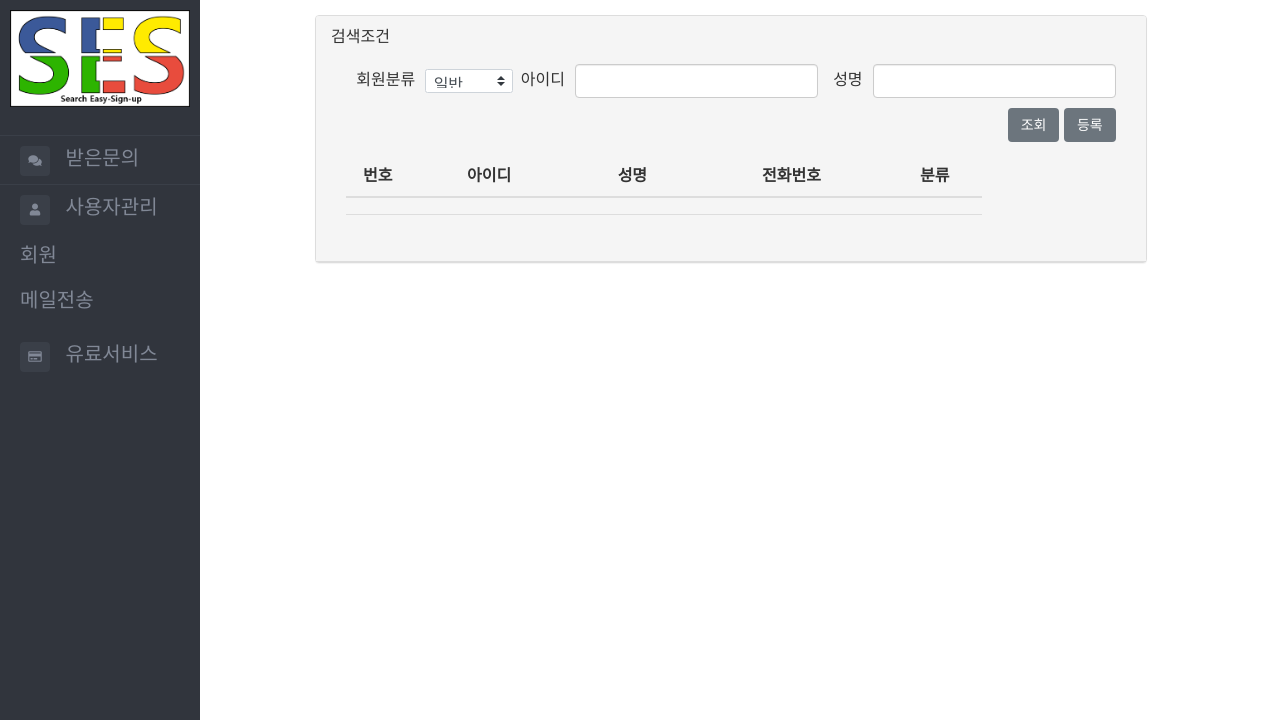
Repository: hyun5292/school
Page: http://localhost/adminSES/WEB-INF/views/member/m_search.jsp
The author's editor kept a copy of each file at every save. The page is drawn from the files as they stood at one save, then again after the next save.
The browser window is 1280 px wide. The pictures show the whole page.
Some web libraries are served in a nearby version. The page is served by Tomcat 9. Nobody is signed in. Other server files are loaded and not shown. The template is opened directly, without the code that normally fills it, so the values that code supplies are empty.

Above is the page before, as saved 2020-11-09 15:25:07.

### sesAdmin/adminSES/src/main/webapp/WEB-INF/views/member/m_search.jsp
<%@ page language="java" contentType="text/html; charset=UTF-8"
	pageEncoding="UTF-8"%>
<%@ taglib prefix="fmt" uri="http://java.sun.com/jsp/jstl/fmt"%>
<%@ taglib prefix="c" uri="http://java.sun.com/jsp/jstl/core"%>
<%@ taglib prefix="form" uri="http://www.springframework.org/tags/form"%>
<%@ taglib uri="http://java.sun.com/jsp/jstl/functions" prefix="fn"%>
<%@ taglib prefix="spring" uri="http://www.springframework.org/tags"%>
<!DOCTYPE html>
<html>
<head>
<meta charset="utf-8">
<meta http-equiv="X-UA-Compatible" content="IE=edge">
<meta name="viewport" content="width=device-width, initial-scale=1">
<meta name="description"
	content="Responsive sidebar template with sliding effect and dropdown menu based on bootstrap 3">
<title>SES 관리자모드</title>
<link rel="stylesheet"
	href="https://maxcdn.bootstrapcdn.com/bootstrap/4.0.0/css/bootstrap.min.css"
	integrity="sha384-Gn5384xqQ1aoWXA+058RXPxPg6fy4IWvTNh0E263XmFcJlSAwiGgFAW/dAiS6JXm"
	crossorigin="anonymous">
<link href="https://use.fontawesome.com/releases/v5.0.6/css/all.css"
	rel="stylesheet">
<link rel="stylesheet"
	href="https://maxcdn.bootstrapcdn.com/bootstrap/3.3.7/css/bootstrap.min.css">
<script
	src="https://ajax.googleapis.com/ajax/libs/jquery/1.12.4/jquery.min.js"></script>
<script
	src="https://maxcdn.bootstrapcdn.com/bootstrap/3.3.7/js/bootstrap.min.js"></script>
<link href="${pageContext.request.contextPath}/resources/css/main.css"
	rel="stylesheet">
<style>
.log-div {
	height: 100%;
}

.short-div {
	height: 50%;
}

.imgchart {
	height: 30%;
}

table {
	font-size: 1.6rem;
}
</style>
<script src="${pageContext.request.contextPath}/resources/js/main.js"></script>
<script>
	function SearchMember() {
		var mKind = $('#mKind').val();
		var mId = $('#mId').val();
		var mName = $('#mName').val();

		location.href = "search_m?mKind=" + mKind + "&mId=" + mId + "&mName="
				+ mName;
	}

	//url 에서 parameter 추출
	function getParam(sname) {
		var params = location.search.substr(location.search.indexOf("?") + 1);
		var sval = "";
		params = params.split("&");
		for (var i = 0; i < params.length; i++) {
			temp = params[i].split("=");
			if ([ temp[0] ] == sname) {
				sval = temp[1];
			}
		}

		return sval;
	}

	function YesOrNo() {
		var mKind = getParam("mKind");
		var mId = getParam("mId");
		var mName = getParam("mName");
		var chk = true;

		if ((mKind == null) || (mKind == "")) {
			if ((mId == null) || (mId == "")) {
				if ((mName == null) || (mName == "")) {
					chk = false;
				} else {
					chk = true;
				}
			} else {
				chk = true;
			}
		} else {
			chk = true;
		}

		if (chk) {
			$("#schm").show();
			$("#msch").hide();
		} else {
			$("#schm").hide();
			$("#msch").show();
		}
	}
	window.onload = YesOrNo;
</script>
</head>
<body>
	<div class="page-wrapper chiller-theme toggled">
		<!-- navigation -->
		<nav id="sidebar" class="sidebar-wrapper">
			<div class="sidebar-content">
				<div class="logo-wrapper waves-light" align="center"
					style="padding: 10px 0px 0px 0px">
					<a href="main"> <img width="90%"
						src="${pageContext.request.contextPath}/resources/images/mainmark.png"
						class="img-fluid flex-center"></a>
				</div>
				&nbsp;
				<!-- sidebar-header  -->
				<div class="sidebar-menu">
					<ul>
						<li class="sidebar"><a href="qna"> <i
								class="fas fa-comments"></i> <span>받은문의</span>
						</a></li>
						<li class="sidebar-menu"><a> <i class="fa fa-user"></i> <span>사용자관리</span>
						</a>
							<ul>
								<li><a href="m_search">회원</a></li>
								<li><a href="m_mail">메일전송</a></li>
							</ul></li>
						<li class="sidebar"><a href="pay_service"> <i
								class="far fa-credit-card"></i> <span>유료서비스</span>
						</a></li>
					</ul>
				</div>
			</div>
		</nav>
		<!-- navigation -->

		<!-- contents -->
		<main class="page-content">
		<div class="container-fluid">
			<div class="row-fluid" style="width: 110%">
				<div class="col-md-10">
					<div class="panel panel-default">
						<div class="panel-heading">
							<table width="100%">
								<tr>
									<td>검색조건
						</div>
						<div class="panel-body">
							<table width="100%">
								<tbody>
									<tr>
										<td align="right">회원분류</td>
										<td width="10px"></td>
										<td><select class="custom-select" id="mKind" name="mKind"
											value="${mKind}">
												<option value="일반">일반</option>
												<option value="직원">직원</option>
												<option value="SNS사">SNS사</option>
										</select></td>
										<td align="right">아이디</td>
										<td width="10px"></td>
										<td><input type="text" class="form-control" id="mId"
											name="mId" placeholder="${mId}" width="80%"></td>
										<td width="10px"></td>
										<td align="right">성명</td>
										<td width="10px"></td>
										<td><input type="text" class="form-control" name="mName"
											id="mName" placeholder="${mName}" width="80%"></td>
									</tr>
									<tr>
										<td colspan="11" height="10px"></td>
									</tr>
									<tr>
										<td colspan="11" align="right"><input type="button"
											onclick="SearchMember()" class="btn btn-secondary" value="조회">
											<input type="button" onclick="NewMember()"
											class="btn btn-secondary" value="등록"></td>
									</tr>
								</tbody>
							</table>
						</div>
					</div>
				</div>
				<div class="col-md-10">
					<table class="table table-list-search" style="text-align: center;">
						<thead style="text-align: center;">
							<tr>
								<th width="10%"><center>번호</center></th>
								<th width="25%"><center>아이디</center></th>
								<th width="20%"><center>성명</center></th>
								<th width="30%"><center>전화번호</center></th>
								<th width="15%"><center>분류</center></th>
							</tr>
						</thead>
						<tbody>
							<c:forEach items="${dtos}" var="dto">
								<tr>
									<td>${dto.getNUM()}</td>
									<td><a href="#">${dto.getM_ID()}</a></td>
									<td>${dto.getM_NAME()}</td>
									<td>0${dto.getM_TEL1()}-${dto.getM_TEL2()}-${dto.getM_TEL3()}</td>
									<td>${dto.getM_KIND()}</td>
								</tr>
							</c:forEach>
						</tbody>
						<tfoot>
							<tr>
								<td colspan="5"></td>
							</tr>
							<tr align="center">
								<td colspan="5" id="schm" name="schm"><a
									href="search_m?pgnum=1&mKind=${mKind}&mId=${mId}&mName=${mName}"
									style="text-decoration: none">${prev}${prev}</a> <a
									href="search_m?pgnum=${before}&mKind=${mKind}&mId=${mId}&mName=${mName}"
									style="text-decoration: none">${prev}</a> <c:forEach
										items="${pg}" var="p">
										<a
											href="search_m?pgnum=${p}&mKind=${mKind}&mId=${mId}&mName=${mName}"
											style="text-decoration: none">${p}</a>
									</c:forEach> <a
									href="search_m?pgnum=${after}&mKind=${mKind}&mId=${mId}&mName=${mName}"
									style="text-decoration: none">${next}</a> <a
									href="search_m?pgnum=${last}&mKind=${mKind}&mId=${mId}&mName=${mName}"
									style="text-decoration: none">${next}${next}</a></td>
								<td colspan="5" id="msch" name="msch"><a
									href="m_search?pgnum=1" style="text-decoration: none">${prev}${prev}</a>
									<a href="m_search?pgnum=${before}"
									style="text-decoration: none">${prev}</a> <c:forEach
										items="${pg}" var="p">
										<a href="m_search?pgnum=${p}" style="text-decoration: none">${p}</a>
									</c:forEach> <a href="qna?pgnum=${after}" style="text-decoration: none">${next}</a>
									<a href="m_search?pgnum=${last}" style="text-decoration: none">${next}${next}</a></td>
							</tr>
						</tfoot>
					</table>
				</div>
			</div>
		</div>
		</main>
		<!-- contents -->
	</div>
</body>
</html>

### sesAdmin/adminSES/src/main/webapp/resources/css/main.css
@charset "EUC-KR";

@keyframes swing {
  0% {
    transform: rotate(0deg);
  }
  10% {
    transform: rotate(10deg);
  }
  30% {
    transform: rotate(0deg);
  }
  40% {
    transform: rotate(-10deg);
  }
  50% {
    transform: rotate(0deg);
  }
  60% {
    transform: rotate(5deg);
  }
  70% {
    transform: rotate(0deg);
  }
  80% {
    transform: rotate(-5deg);
  }
  100% {
    transform: rotate(0deg);
  }
}

@keyframes sonar {
  0% {
    transform: scale(0.9);
    opacity: 1;
  }
  100% {
    transform: scale(2);
    opacity: 0;
  }
}
body {
  font-size: 2.0rem;
}
.page-wrapper .sidebar-wrapper,
.sidebar-wrapper .sidebar-brand > a,
.sidebar-wrapper .sidebar-dropdown > a:after,
.sidebar-wrapper .sidebar-menu .sidebar-dropdown .sidebar-submenu li a:before,
.sidebar-wrapper ul li a i,
.page-wrapper .page-content,
.sidebar-wrapper .sidebar-search input.search-menu,
.sidebar-wrapper .sidebar-search .input-group-text,
.sidebar-wrapper .sidebar-menu ul li a,
#show-sidebar,
#close-sidebar {
  -webkit-transition: all 0.3s ease;
  -moz-transition: all 0.3s ease;
  -ms-transition: all 0.3s ease;
  -o-transition: all 0.3s ease;
  transition: all 0.3s ease;
}

/*----------------page-wrapper----------------*/

.page-wrapper {
  height: 100vh;
}

.page-wrapper .theme {
  width: 40px;
  height: 40px;
  display: inline-block;
  border-radius: 4px;
  margin: 2px;
}

.page-wrapper .theme.chiller-theme {
  background: #1e2229;
}

/*----------------toggeled sidebar----------------*/

.page-wrapper.toggled .sidebar-wrapper {
  left: 0px;
}

@media screen and (min-width: 768px) {
  .page-wrapper.toggled .page-content {
    padding-left: 300px;
  }
}
/*----------------show sidebar button----------------*/
#show-sidebar {
  position: fixed;
  left: 0;
  top: 10px;
  border-radius: 0 4px 4px 0px;
  width: 30px;
  transition-delay: 0.3s;
}
.page-wrapper.toggled #show-sidebar {
  left: -40px;
}
/*----------------sidebar-wrapper----------------*/

.sidebar-wrapper {
  width: 200px;
  height: 100%;
  max-height: 100%;
  position: fixed;
  top: 0;
  left: -300px;
  z-index: 999;
}

.sidebar-wrapper ul {
  list-style-type: none;
  padding: 0;
  margin: 0;
}

.sidebar-wrapper a {
  text-decoration: none;
}

/*----------------sidebar-content----------------*/

.sidebar-content {
  max-height: calc(100% - 30px);
  height: calc(100% - 30px);
  overflow-y: auto;
  position: relative;
}

.sidebar-content.desktop {
  overflow-y: hidden;
}

/*--------------------sidebar-brand----------------------*/

.sidebar-wrapper .sidebar-brand {
  padding: 10px 20px;
  display: flex;
  align-items: center;
}

.sidebar-wrapper .sidebar-brand > a {
  text-transform: uppercase;
  font-weight: bold;
  flex-grow: 1;
}

.sidebar-wrapper .sidebar-brand #close-sidebar {
  cursor: pointer;
  font-size: 20px;
}
/*--------------------sidebar-header----------------------*/

.sidebar-wrapper .sidebar-header {
  padding: 20px;
  overflow: hidden;
}

.sidebar-wrapper .sidebar-header .user-pic {
  float: left;
  width: 60px;
  padding: 2px;
  border-radius: 12px;
  margin-right: 15px;
  overflow: hidden;
}

.sidebar-wrapper .sidebar-header .user-pic img {
  object-fit: cover;
  height: 100%;
  width: 100%;
}

.sidebar-wrapper .sidebar-header .user-info {
  float: left;
}

.sidebar-wrapper .sidebar-header .user-info > span {
  display: block;
}

.sidebar-wrapper .sidebar-header .user-info .user-role {
  font-size: 12px;
}

.sidebar-wrapper .sidebar-header .user-info .user-status {
  font-size: 11px;
  margin-top: 4px;
}

.sidebar-wrapper .sidebar-header .user-info .user-status i {
  font-size: 8px;
  margin-right: 4px;
  color: #5cb85c;
}

/*----------------------sidebar-menu-------------------------*/

.sidebar-wrapper .sidebar-menu {
  padding-bottom: 10px;
}

.sidebar-wrapper .sidebar-menu .header-menu span {
  font-weight: bold;
  font-size: 14px;
  padding: 15px 20px 5px 20px;
  display: inline-block;
}

.sidebar-wrapper .sidebar-menu ul li a {
  display: inline-block;
  width: 100%;
  text-decoration: none;
  position: relative;
  padding: 8px 30px 8px 20px;
}

.sidebar-wrapper .sidebar-menu ul li a i {
  margin-right: 10px;
  font-size: 12px;
  width: 30px;
  height: 30px;
  line-height: 30px;
  text-align: center;
  border-radius: 4px;
}

.sidebar-wrapper .sidebar-menu ul li a:hover > i::before {
  display: inline-block;
  animation: swing ease-in-out 0.5s 1 alternate;
}

.sidebar-wrapper .sidebar-menu .sidebar-dropdown > a:after {
  font-family: "Font Awesome 5 Free";
  font-weight: 900;
  content: "\f105";
  font-style: normal;
  display: inline-block;
  font-style: normal;
  font-variant: normal;
  text-rendering: auto;
  -webkit-font-smoothing: antialiased;
  -moz-osx-font-smoothing: grayscale;
  text-align: center;
  background: 0 0;
  position: absolute;
  right: 15px;
  top: 14px;
}

.sidebar-wrapper .sidebar-menu .sidebar-dropdown .sidebar-submenu ul {
  padding: 5px 0;
}

.sidebar-wrapper .sidebar-menu .sidebar-dropdown .sidebar-submenu li {
  padding-left: 25px;
  font-size: 13px;
}

.sidebar-wrapper .sidebar-menu .sidebar-dropdown .sidebar-submenu li a:before {
  content: "\f111";
  font-family: "Font Awesome 5 Free";
  font-weight: 400;
  font-style: normal;
  display: inline-block;
  text-align: center;
  text-decoration: none;
  -webkit-font-smoothing: antialiased;
  -moz-osx-font-smoothing: grayscale;
  margin-right: 10px;
  font-size: 8px;
}

.sidebar-wrapper .sidebar-menu ul li a span.label,
.sidebar-wrapper .sidebar-menu ul li a span.badge {
  float: right;
  margin-top: 8px;
  margin-left: 5px;
}

.sidebar-wrapper .sidebar-menu .sidebar-dropdown .sidebar-submenu li a .badge,
.sidebar-wrapper .sidebar-menu .sidebar-dropdown .sidebar-submenu li a .label {
  float: right;
  margin-top: 0px;
}

.sidebar-wrapper .sidebar-menu .sidebar-submenu {
  display: none;
}

.sidebar-wrapper .sidebar-menu .sidebar-dropdown.active > a:after {
  transform: rotate(90deg);
  right: 17px;
}

/*--------------------------side-footer------------------------------*/

.sidebar-footer {
  position: absolute;
  width: 100%;
  bottom: 0;
  display: flex;
}

.sidebar-footer > a {
  flex-grow: 1;
  text-align: center;
  height: 30px;
  line-height: 30px;
  position: relative;
}

.sidebar-footer > a .notification {
  position: absolute;
  top: 0;
}

.badge-sonar {
  display: inline-block;
  background: #980303;
  border-radius: 50%;
  height: 8px;
  width: 8px;
  position: absolute;
  top: 0;
}

.badge-sonar:after {
  content: "";
  position: absolute;
  top: 0;
  left: 0;
  border: 2px solid #980303;
  opacity: 0;
  border-radius: 50%;
  width: 100%;
  height: 100%;
  animation: sonar 1.5s infinite;
}

/*--------------------------page-content-----------------------------*/

.page-wrapper .page-content {
  display: inline-block;
  width: 100%;
  padding-left: 0px;
  padding-top: 15px;
}

.page-wrapper .page-content > div {
  padding: 0px 40px 0px 0px;
}

.page-wrapper .page-content {
  overflow-x: hidden;
}

/*------scroll bar---------------------*/

::-webkit-scrollbar {
  width: 5px;
  height: 7px;
}
::-webkit-scrollbar-button {
  width: 0px;
  height: 0px;
}
::-webkit-scrollbar-thumb {
  background: #525965;
  border: 0px none #ffffff;
  border-radius: 0px;
}
::-webkit-scrollbar-thumb:hover {
  background: #525965;
}
::-webkit-scrollbar-thumb:active {
  background: #525965;
}
::-webkit-scrollbar-track {
  background: transparent;
  border: 0px none #ffffff;
  border-radius: 50px;
}
::-webkit-scrollbar-track:hover {
  background: transparent;
}
::-webkit-scrollbar-track:active {
  background: transparent;
}
::-webkit-scrollbar-corner {
  background: transparent;
}


/*-----------------------------chiller-theme-------------------------------------------------*/

.chiller-theme .sidebar-wrapper {
    background: #31353D;
}

.chiller-theme .sidebar-wrapper .sidebar-header,
.chiller-theme .sidebar-wrapper .sidebar-search,
.chiller-theme .sidebar-wrapper .sidebar-menu {
    border-top: 1px solid #3a3f48;
}

.chiller-theme .sidebar-wrapper .sidebar-search input.search-menu,
.chiller-theme .sidebar-wrapper .sidebar-search .input-group-text {
    border-color: transparent;
    box-shadow: none;
}

.chiller-theme .sidebar-wrapper .sidebar-header .user-info .user-role,
.chiller-theme .sidebar-wrapper .sidebar-header .user-info .user-status,
.chiller-theme .sidebar-wrapper .sidebar-search input.search-menu,
.chiller-theme .sidebar-wrapper .sidebar-search .input-group-text,
.chiller-theme .sidebar-wrapper .sidebar-brand>a,
.chiller-theme .sidebar-wrapper .sidebar-menu ul li a,
.chiller-theme .sidebar-footer>a {
    color: #818896;
}

.chiller-theme .sidebar-wrapper .sidebar-menu ul li:hover>a,
.chiller-theme .sidebar-wrapper .sidebar-menu .sidebar-dropdown.active>a,
.chiller-theme .sidebar-wrapper .sidebar-header .user-info,
.chiller-theme .sidebar-wrapper .sidebar-brand>a:hover,
.chiller-theme .sidebar-footer>a:hover i {
    color: #b8bfce;
}

.page-wrapper.chiller-theme.toggled #close-sidebar {
    color: #bdbdbd;
}

.page-wrapper.chiller-theme.toggled #close-sidebar:hover {
    color: #ffffff;
}

.chiller-theme .sidebar-wrapper ul li:hover a i,
.chiller-theme .sidebar-wrapper .sidebar-dropdown .sidebar-submenu li a:hover:before,
.chiller-theme .sidebar-wrapper .sidebar-search input.search-menu:focus+span,
.chiller-theme .sidebar-wrapper .sidebar-menu .sidebar-dropdown.active a i {
    color: #16c7ff;
    text-shadow:0px 0px 10px rgba(22, 199, 255, 0.5);
}

.chiller-theme .sidebar-wrapper .sidebar-menu ul li a i,
.chiller-theme .sidebar-wrapper .sidebar-menu .sidebar-dropdown div,
.chiller-theme .sidebar-wrapper .sidebar-search input.search-menu,
.chiller-theme .sidebar-wrapper .sidebar-search .input-group-text {
    background: #3a3f48;
}

.chiller-theme .sidebar-wrapper .sidebar-menu .header-menu span {
    color: #6c7b88;
}

Loaded but not shown: sesAdmin/adminSES/src/main/webapp/resources/js/main.js (common file)

After the next save:
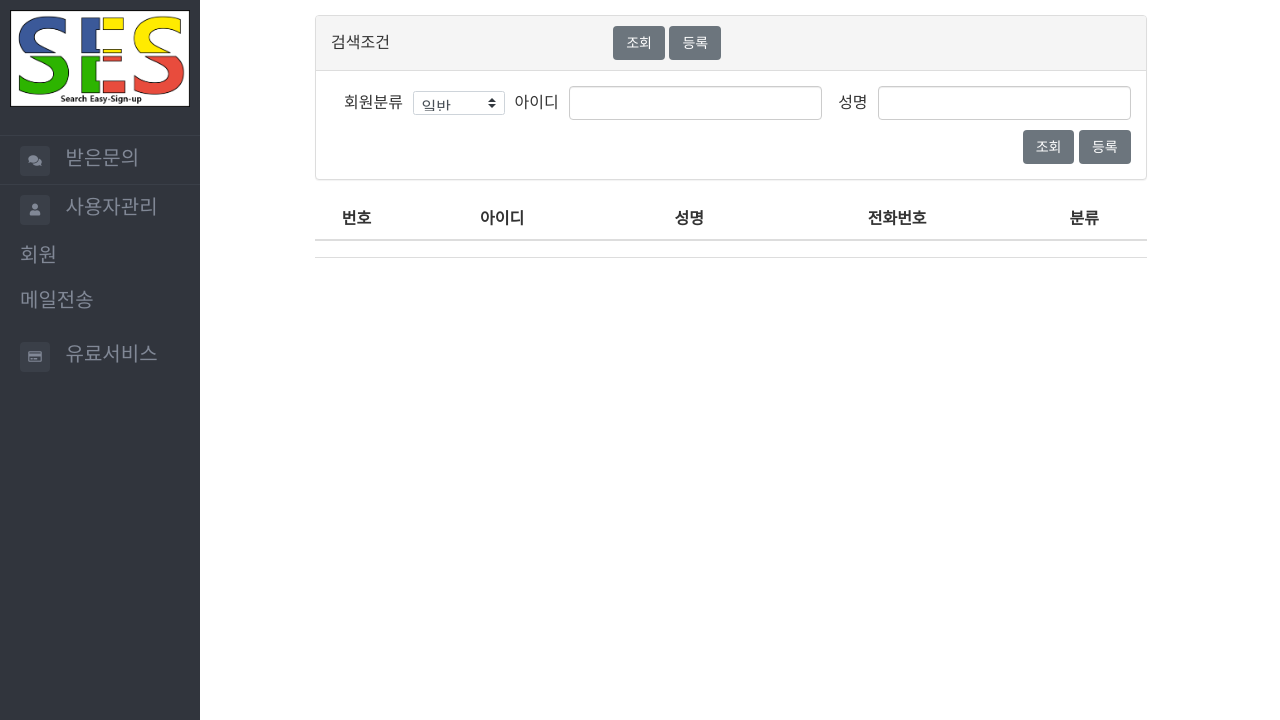
Saved 4 s later.
--- a/sesAdmin/adminSES/src/main/webapp/WEB-INF/views/member/m_search.jsp
+++ b/sesAdmin/adminSES/src/main/webapp/WEB-INF/views/member/m_search.jsp
@@ -144,7 +144,13 @@ table {
 						<div class="panel-heading">
 							<table width="100%">
 								<tr>
-									<td>검색조건
+									<td>검색조건</td>
+									<td><input type="button" onclick="SearchMember()"
+										class="btn btn-secondary" value="조회"> <input
+										type="button" onclick="NewMember()" class="btn btn-secondary"
+										value="등록"></td>
+								</tr>
+							</table>
 						</div>
 						<div class="panel-body">
 							<table width="100%">
